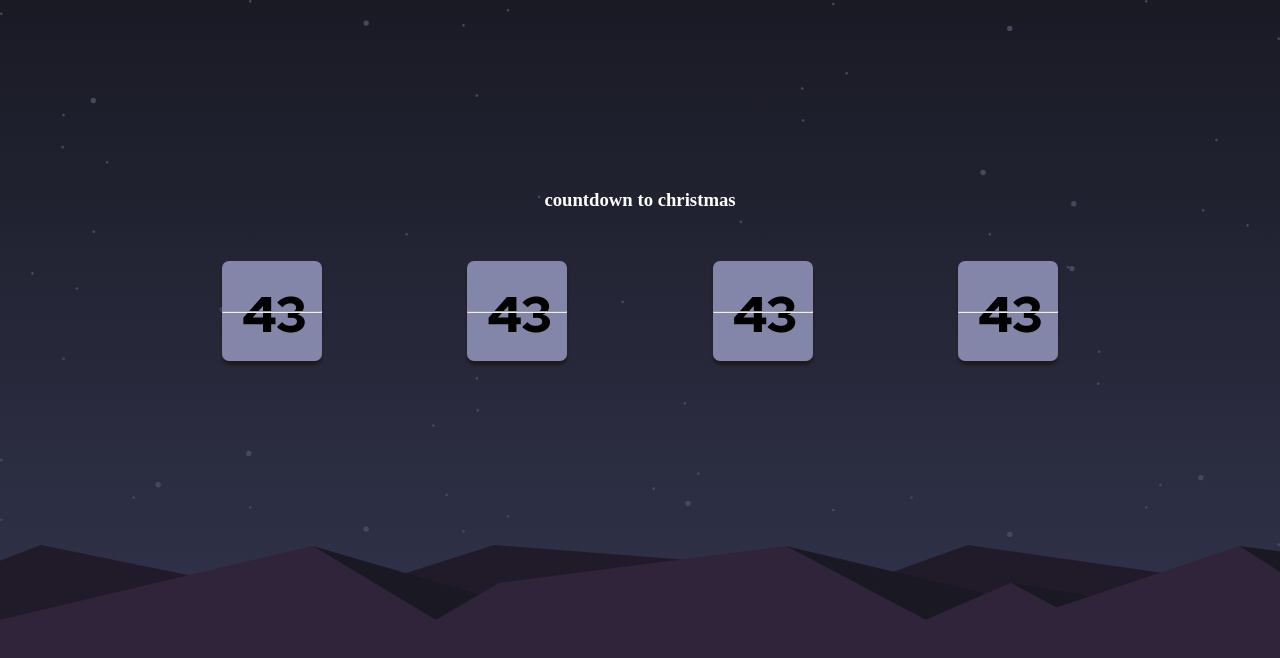
Repository: Eugene44-hub/countdown
Page: index.html
These files come from the project's save history. The page is drawn as it stood at one moment and after the next save; the edit follows.
The browser window is 1280 px wide. The pictures show the whole page.

Above is the page before, as saved 2021-09-12 03:19:44.

### index.html
<!DOCTYPE html>
<html lang="en">

<head>
    <meta charset="UTF-8">
    <meta http-equiv="X-UA-Compatible" content="IE=edge">
    <meta name="viewport" content="width=device-width, initial-scale=1.0">
    <title>Document</title>
    <link rel="stylesheet" href="style.css">
</head>

<body>
    <div class="container">


        <div class="timer ">
            <h3 class="col10">countdown to christmas</h3>
            <div class="card">
                <p>43</p>
                <hr> </div>
            <div class="card">
                <p>43</p>
                <hr>
            </div>
            <div class="card">
                <p>43</p>
                <hr>
            </div>
            <div class="card">
                <p>43</p>
                <hr>
            </div>

        </div>

    </div>
    <script src="app.js"></script>

</body>

</html>

</html>

### style.css
@import url('https://fonts.googleapis.com/css2?family=Red+Hat+Text:wght@700&display=swap');
* {
    padding: 0;
    margin: 0;
    box-sizing: border-box;
}

body {
    /* background-color: hsl(235, 16%, 14%); */
    /* background-color: hsl(234, 17%, 12%); */
    background-image: url('images/pattern-hills.svg'), url('images/bg-stars.svg'), linear-gradient( hsl(235, 18%, 12%), hsl(236, 21%, 26%));
    background-position: bottom, top;
    background-repeat: no-repeat, repeat;
    background-size: contain;
    background-attachment: fixed;
}

.container {
    display: flex;
    width: 100%;
    height: 500px;
    flex-wrap: wrap;
    text-align: center;
}

.col10 {
    flex: 100%;
    margin: auto;
}

h3 {
    color: white;
    padding: 50px;
}

.timer {
    margin: auto;
    display: flex;
    flex-wrap: wrap;
    justify-content: space-between;
    padding: 30px;
    width: 70%;
}

.card {
    background-color: hsl(237, 18%, 59%);
    padding: 20px;
    width: 100px;
    height: 100px;
    position: relative;
    overflow: hidden;
    box-shadow: 0px 4px 3px rgb(29, 27, 27);
    border-radius: 7px;
    display: flex;
}

p {
    margin: auto;
    font-size: 50px;
    font-family: 'Red Hat Text';
}

hr {
    position: absolute;
    width: 100%;
    top: 50%;
    left: 0%;
}


/* timer color  hsl(345, 95%, 68%)
timer card color hsl(237, 18%, 59%)
* /

### app.js
const proposed = new Date('2021-12-25');
const current = new Date();

const proArr = [proposed.getHours(), proposed.getMinutes(), proposed.getSeconds(), proposed.getDay(), proposed.getMonth()]
console.log('proposed days:' + (((proArr.at(-1) * 31) - 7) + proposed.getDate()));
console.log('current days:' + (((current.getMonth() * 31) - 5) + current.getDate()));

console.log((((proArr.at(-1) * 31) - 7) + proposed.getDate()) - (((current.getMonth() * 31) - 5) + current.getDate()) + 'days to christmas');

console.log('hours:' + (24 - current.getHours()));
console.log('minutes:' + (60 - current.getMinutes()));
console.log('hours:' + (60 - current.getSeconds()));

// let cal = proposed. - current;
// console.log(proposed);
// console.log(current.getDate());
// console.log(proArr.at(-1) + 1);
// let another = new Date(cal);
// console.log(another)
//359-253 propsed day - current day(mth*31-7) for september minus 6

After the next save:
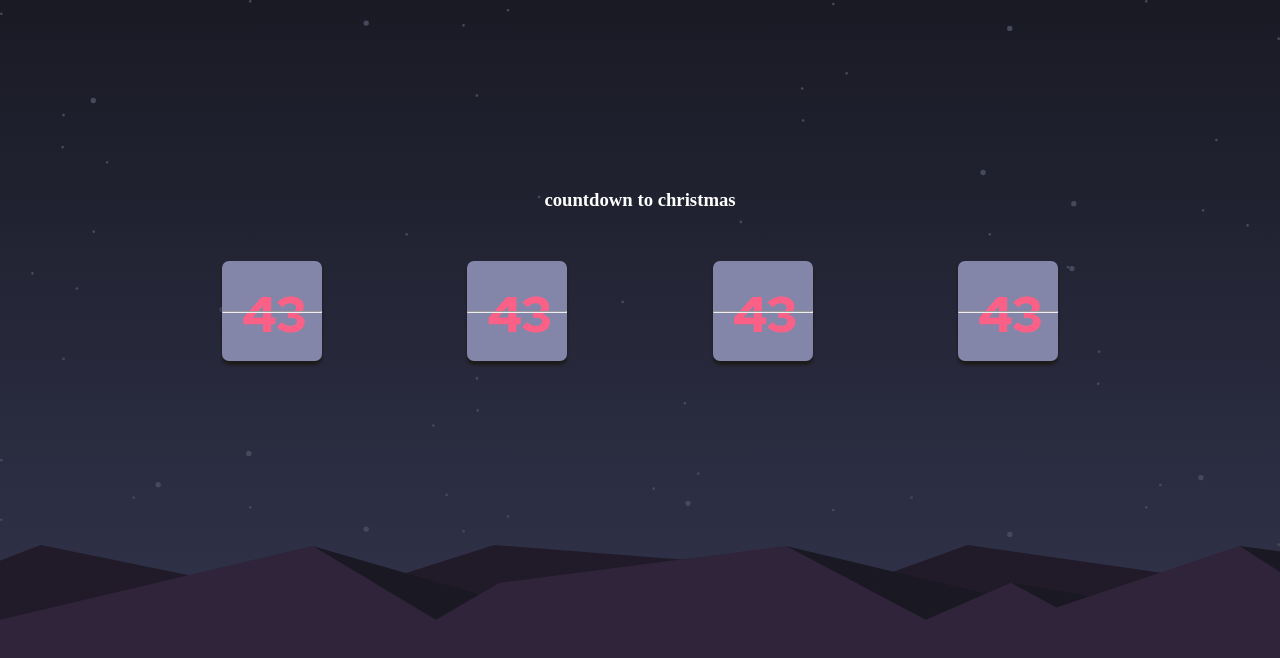
Saved 20 s later.
--- a/style.css
+++ b/style.css
@@ -58,6 +58,7 @@ p {
     margin: auto;
     font-size: 50px;
     font-family: 'Red Hat Text';
+    color: hsl(345, 95%, 68%);
 }
 
 hr {
